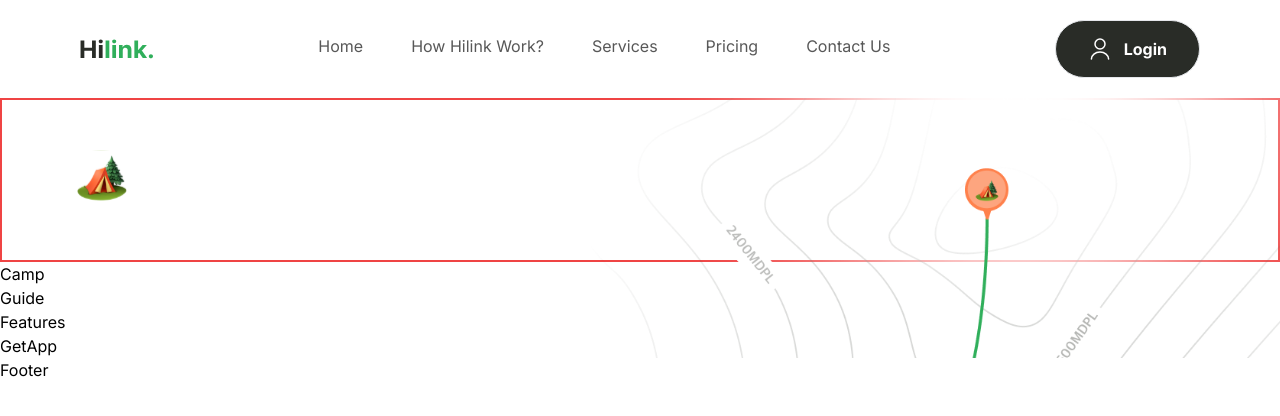
Repository: MikeeBuilds/camp
Page: /
These files come from the project's save history. The page is drawn as it stood at one moment and after a run of saves; the edit follows.
The browser window is 1280 px wide. The pictures show the whole page.
The project was rebuilt for these pictures with package versions that can differ from the ones it lists, and the page was loaded fresh each time. The framework's server and built-in components were replaced by stand-ins that run in the browser. Also part of the build but not shown: next.config.js.

Above is the page before, as saved 2023-11-24 20:41:14.

### app/layout.tsx
import type { Metadata } from 'next'

import './globals.css'
import Navbar from '@/components/Navbar'
import Footer from '@/components/Footer'


export const metadata: Metadata = {
  title: 'Travel',
  description: 'Travel UI/UX App for camping',
}

export default function RootLayout({
  children,
}: {
  children: React.ReactNode
}) {
  return (
    <html lang="en">
      <body className="">
        <Navbar/>
        <main className='relative overflow-hidden'>
        {children}
        </main>
        <Footer/>
      </body>
    </html>
  )
}

### app/page.tsx
import Camp from "@/components/Camp";
import Features from "@/components/Features";
import GetApp from "@/components/GetApp";
import Guide from "@/components/Guide";
import Hero from "@/components/Hero";

export default function Home() {
  return (
    <>
      <Hero/>
      <Camp/>
      <Guide/>
      <Features/>
      <GetApp/>
    </>
  )
}

### components/Navbar.tsx
import { NAV_LINKS } from '@/constants'
import Image from 'next/image'
import Link from 'next/link'
import Button from './Button'

const Navbar = () => {
    return (
        <nav className="flexBetween max-container padding-container relative z-30 py-5">
            <Link href="/">
                <Image src="/hilink-logo.svg" alt="logo" width={74} height={29} />
            </Link>

            <ul className="hidden h-full gap-12 lg:flex">
                {NAV_LINKS.map((link) => (
                    <Link href={link.href} key={link.key} className="regular-16 text-gray-50 flexCenter cursor-pointer pb-1.5 transition-all hover:font-bold">
                        {link.label}
                    </Link>
                ))}
            </ul>

            <div className='lg:flexCenter hidden'>
                <Button
                    type="button"
                    title="Login"
                    icon="/user.svg"
                    variant="btn_dark_green"
                />
            </div>

            <Image
                src="menu.svg"
                alt='menu'
                width={32}
                height={32}
                className='inline-block cursor-pointer lg:hidden'
            />
        </nav>
    )
}

export default Navbar

### components/Hero.tsx
import Image from 'next/image'
import React from 'react'

const Hero = () => {
  return (
    <section className='border-2 border-red-500 max=container padding-container flex flex-col gap-20 py-10 pb-32 md:gap-28 lg:py-20 xl:flex-row'>
      <div className='hero-map'/>

      {/* LEFT SIDE */}

      <div className='relative z-20 flex flex-1 flex-col xl:w-1/2'>
          <Image src="/camp.svg" alt='camp' height={50} width={50} className='absolute left-[-5px] top-[-30px]'/>
      </div>
    </section>
  )
}

export default Hero

### components/Button.tsx
import Image from "next/image";

type ButtonProps = {
    type: 'button' | "submit";
    title: string;
    icon?: string;
    variant: 'btn_dark_green'
}


const button = ({ type, title, icon, variant}: ButtonProps) => {
  return (
    <button
        className={`flexCenter gap-3 rounded-full border ${variant}`}
        type={type}
    >
        {icon && <Image src={icon} alt={title} width={24} height={24}/>}
        <label className="bold-16 whitespace-nowrap">{title}</label>
    </button>
  )
}

export default button

Loaded but not shown: app/globals.css (common file); components/Footer.tsx (common file); components/Camp.tsx (common file); components/Features.tsx (common file); components/GetApp.tsx (common file); components/Guide.tsx (common file); constants/index.ts (common file); tailwind.config.ts (common file)

After the next 3 saves:
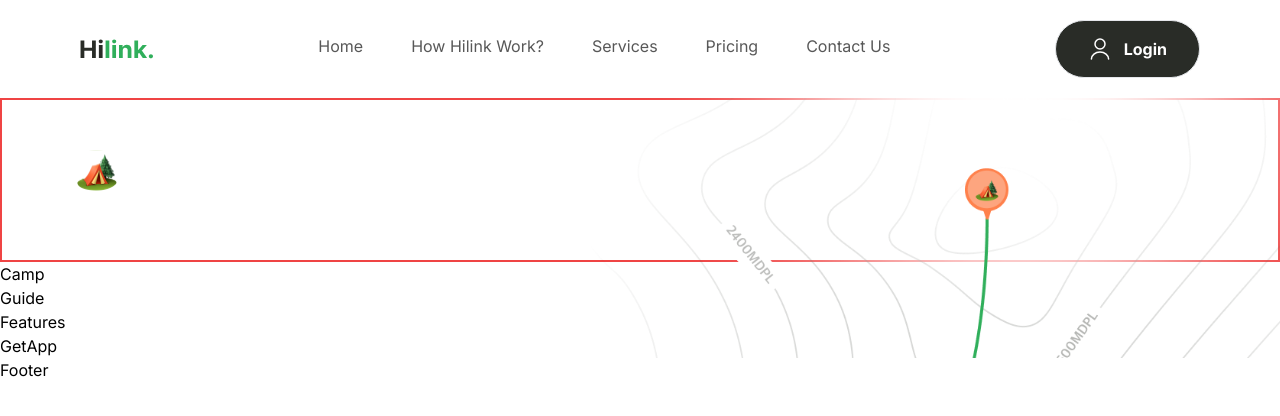
The 3 saves are shown as one change because they came seconds apart.
The last was saved 13 s later.
--- a/components/Hero.tsx
+++ b/components/Hero.tsx
@@ -9,7 +9,7 @@
       {/* LEFT SIDE */}
 
       <div className='relative z-20 flex flex-1 flex-col xl:w-1/2'>
-          <Image src="/camp.svg" alt='camp' height={50} width={50} className='absolute left-[-5px] top-[-30px]'/>
+          <Image src="/camp.svg" alt='camp' height={50} width={50} className='absolute left-[-5px] top-[-30px] w-10 lg:w-[]'/>
       </div>
     </section>
   )

After the save that followed:
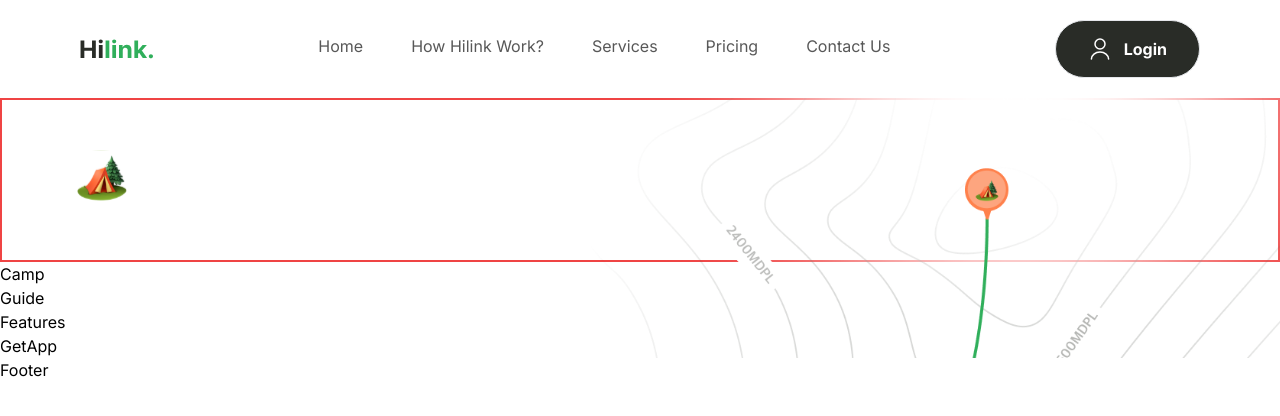
Saved 5 s later.
--- a/components/Hero.tsx
+++ b/components/Hero.tsx
@@ -9,7 +9,7 @@
       {/* LEFT SIDE */}
 
       <div className='relative z-20 flex flex-1 flex-col xl:w-1/2'>
-          <Image src="/camp.svg" alt='camp' height={50} width={50} className='absolute left-[-5px] top-[-30px] w-10 lg:w-[]'/>
+          <Image src="/camp.svg" alt='camp' height={50} width={50} className='absolute left-[-5px] top-[-30px] w-10 lg:w-[50px]'/>
       </div>
     </section>
   )
